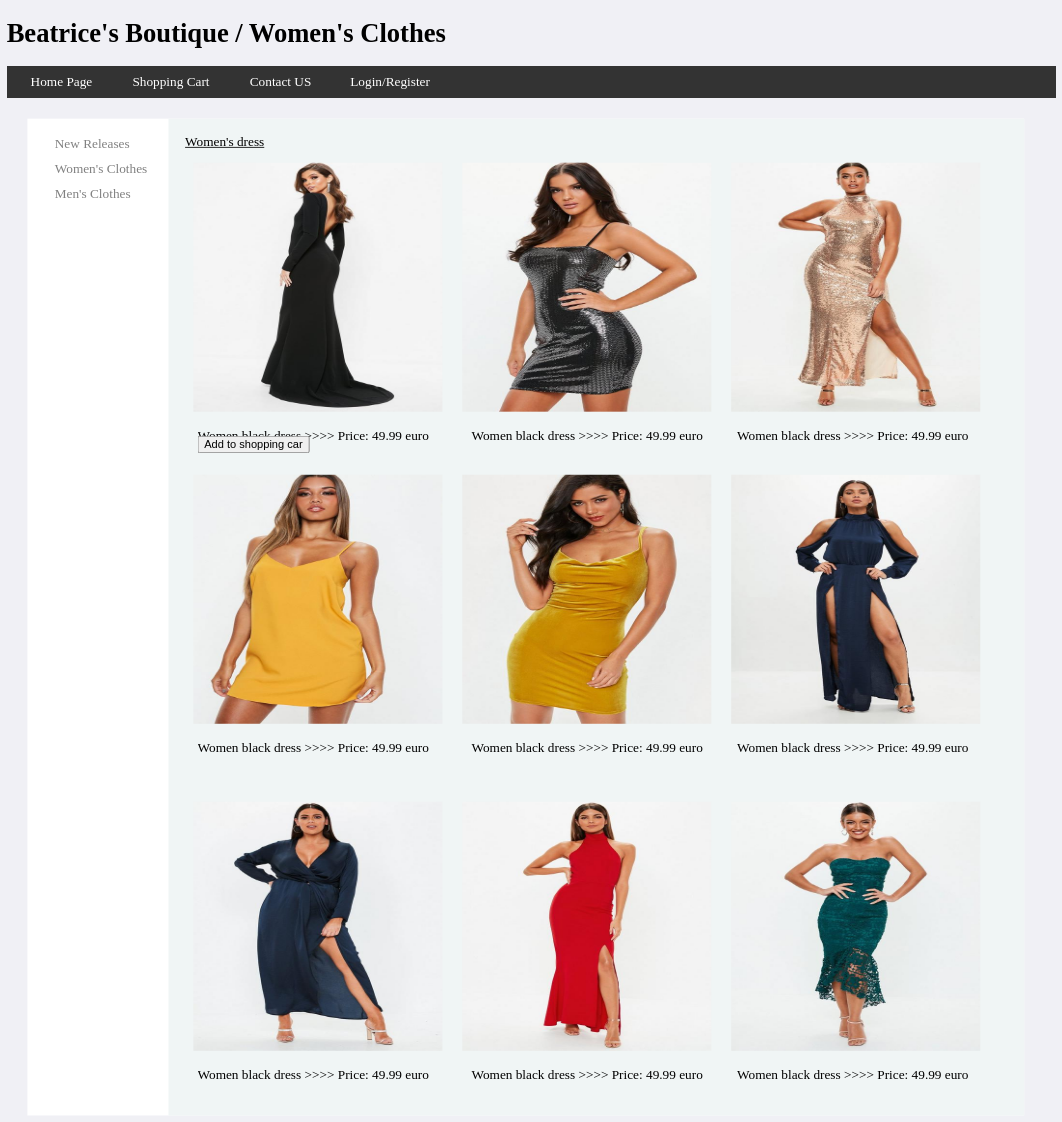
Repository: IosifDobos/Beatrice-Boutique
Page: http://localhost/BeatriceBoutique/womensClothes.jsp
These files come from the project's save history. The page is drawn as it stood at one moment and after the next save; the edit follows.
The browser window is 1280 px wide. The pictures show the whole page, at 83% of full size.
The page is served by Tomcat 9. Other server files are loaded and not shown.

Above is the page before, as saved 2018-12-04 17:50:56.

### BeatriceBoutique/Java/WorkSpace/BeatriceBoutique/WebContent/womensClothes.jsp
<!DOCTYPE html >
<html>
<head>
<meta http-equiv="Content-Type" content="text/html; charset=ISO-8859-1">
<link rel="stylesheet" type="text/css" href="styleSheet.css">
<title>Women's Clothes</title>
</head>
<body>

	<h1>Beatrice's Boutique / Women's Clothes</h1>

	<ul>
		<li><a href="homePage.html">Home Page</a></li>
		<li><a href="shoppingCart.html">Shopping Cart</a></li>
		<li><a href="contact.html">Contact US</a></li>
		<li><a href="login.html">Login/Register</a></li>
	</ul>


	<div class = "container">
		<!-- left side of the container where menu is displayed -->
		<div id="sidemenu">
			<a href="#">New Releases</a>
			<a href="womensClothes.html">Women's Clothes</a>
			<a href="#">Men's Clothes</a>
		</div>
		<!-- right side of the container -->
		<div id="right-side">
			<p><u>Women's dress</u></p>

			<img alt="dress" src="womens-img/black-open-back-maxi-dress.jpg" width="300" height="300" style="margin-left: 10px;">

			<img alt="dress1" src="womens-img/black-sewn-through-disc-bodycon-mini-dress.jpg" width="300" height="300" style="margin-left: 20px;">

			<img alt="dress2" src="womens-img/gold-sequin-choker-maxi-dress.jpg" width="300" height="300" style="margin-left: 20px;">
			<div id="product-1">
				<p>Women black dress >>>>  Price: 49.99 euro</p>
			</div>
			<div id="product-2">
				<p>Women black dress >>>>  Price: 49.99 euro</p>
			</div>
			<div id="product-3">
				<p>Women black dress >>>>  Price: 49.99 euro</p>
			</div>
			<div id ="button-url">
				<button data-url="shoppingCart.html" type="button" title="Add to shopping cart"
				class="button">
						Add to shopping car
				</button>
			</div>
			<br><br><br><br><br>
			<img alt="dress3" src="womens-img/mustard-cami-shift-dress.jpg" width="300" height="300" style="margin-left: 10px;">

			<img alt="dress4" src="womens-img/mustard-velvet-cowl-mini-dress.jpg" width="300" height="300" style="margin-left: 20px;">

			<img alt="dress5" src="womens-img/navy-split-front-maxi-dress.jpg" width="300" height="300" style="margin-left: 20px;">
			<div id="product-1">
				<p>Women black dress >>>>  Price: 49.99 euro</p>
			</div>
			<div id="product-2">
				<p>Women black dress >>>>  Price: 49.99 euro</p>
			</div>
			<div id="product-3">
				<p>Women black dress >>>>  Price: 49.99 euro</p>
			</div>
			<br><br><br><br><br><br>
			<img alt="dress6" src="womens-img/plus-size-navy-wrap-front-knot-dress.jpg" width="300" height="300" style="margin-left: 10px;">

			<img alt="dress7" src="womens-img/red-choker-maxi-dress.jpg" width="300" height="300" style="margin-left: 20px;">

			<img alt="dress8" src="womens-img/teal-lace-bandeau-bust-cup-midi-dress.jpg" width="300" height="300" style="margin-left: 20px;">
			<div id="product-1">
				<p>Women black dress >>>>  Price: 49.99 euro</p>
			</div>
			<div id="product-2">
				<p>Women black dress >>>>  Price: 49.99 euro</p>
			</div>
			<div id="product-3">
				<p>Women black dress >>>>  Price: 49.99 euro</p>
			</div>
			<br><br><br><br>
		</div>

	</div>

</body>
</html>

### BeatriceBoutique/Java/WorkSpace/BeatriceBoutique/WebContent/styleSheet.css
@charset "UTF-8";

body{
	background-color: #f0f0f5;
}

ul {
	position: -webkit-sticky;
	position: sticky;
    list-style-type: none;
    top: 0;
    margin: 0;
    padding: 0;
    overflow: hidden;
    background-color: #333;
}

li{
	float: left;
}

li a{
	display: block;
	color: white;
	text-align: center;
	padding: 10px 16px;
	text-decoration: none;
	width: 100px;

}

li a:hover {
    background-color: #555;
    color: white;
}

.active {
    background-color: #4CAF50;
    color: white;
}

.container{
	margin-top: 25px;
	margin-left: 25px;
	margin-right: 25px;
	background-color:  white;
	min-height: 400px;
	width: 95%;
}

/*#container:after{
	content: "";
	display: table;
	clear: both;
} */



#sidemenu {
    min-height: 100px;; /* Full-height: remove this if you want "auto" height */
    width: 150px;; /* Set the width of the sidebar */
    position: fixed; /* Fixed Sidebar (stay in place on scroll) */
    z-index: 1; /* Stay on top */
    top: 150px; /* Stay at the top */
    left: 50px;
    background-color: ; /* Black */
    overflow-x: hidden; /* Disable horizontal scroll */
    padding: 8px 0;
}

#sidemenu a {
    padding: 6px 8px 6px 16px;
    text-decoration: none;
    font-size: 16px;
    color: #818181;
    display: block;
}

/* When you mouse over the navigation links, change their color */
#sidemenu a:hover {
    color: #679898;
}

/* Style page content */
#right-side {
    margin-left: 170px; /* Same as the width of the sidebar */
    padding: 3px 5px 20px 20px;
    background-color: #f0f5f5;
    min-height: 300px;
}


/* #right-side{
	float: right;
	margin-right: 20px;
	width: 60%;
} */


#product-1{
	position: absolute;
	margin-left: 15px;
}

#product-2{
	position: absolute;
	margin-left: 345px;
}

#product-3{
	position: absolute;
	margin-left: 665px;
}

#button-url{
	position: absolute;
	margin-top: 25px;
	margin-left: 15px;
}


/* Responsive layout - when the screen is less than 600px wide, make the two columns stack on top of each other instead of next to each other */
@media screen and (max-width: 600px) {
    .col-25, .col-75, input[type=submit] {
        width: 100%;
        margin-top: 0;
    }
}

@media screen and (max-height: 450px) {
    #sidemenu {padding-top: 15px;}
    #sidemenu a {font-size: 18px;}
}

After the next save:
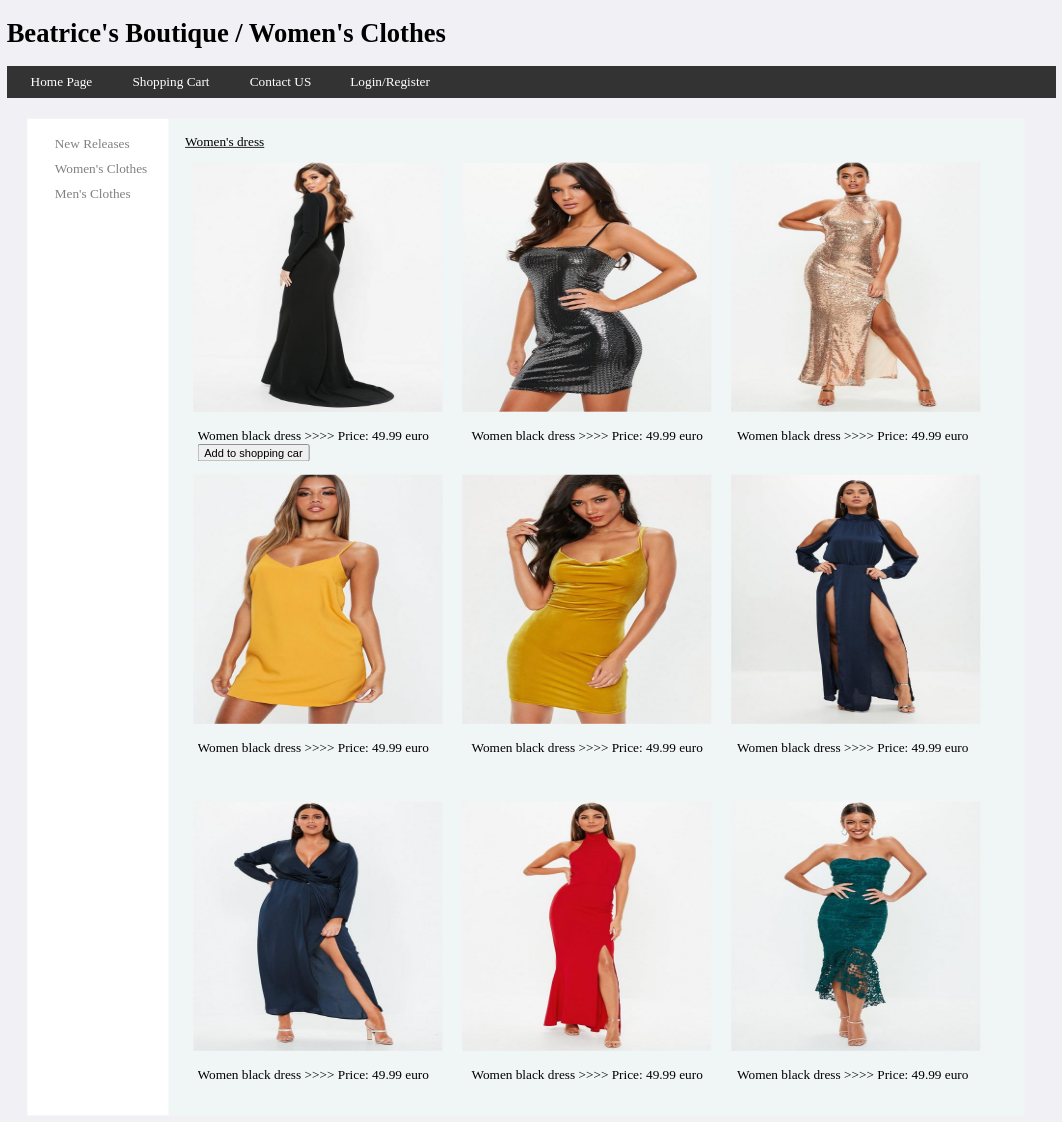
Saved 19 s later.
--- a/BeatriceBoutique/Java/WorkSpace/BeatriceBoutique/WebContent/styleSheet.css
+++ b/BeatriceBoutique/Java/WorkSpace/BeatriceBoutique/WebContent/styleSheet.css
@@ -114,7 +114,7 @@ li a:hover {
 
 #button-url{
 	position: absolute;
-	margin-top: 25px;
+	margin-top: 35px;
 	margin-left: 15px;
 }
 
